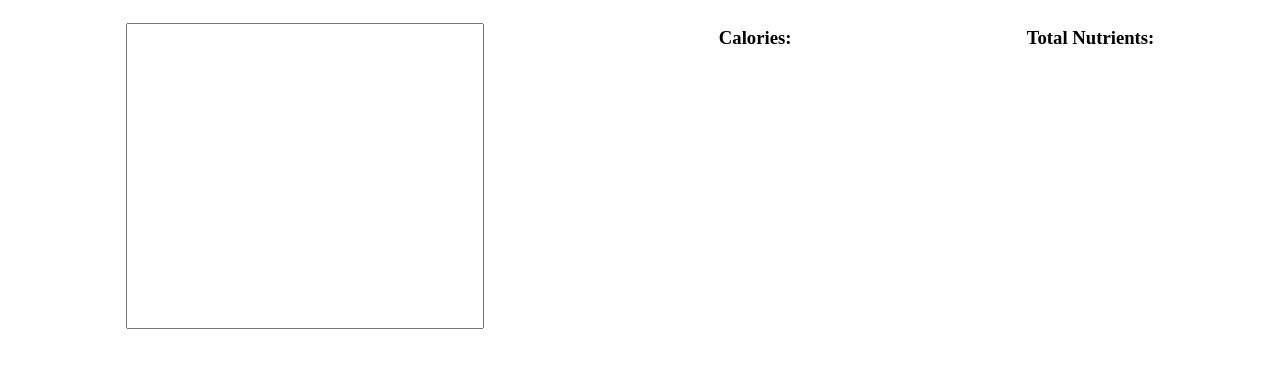
Repository: asya-aisa/nutrition-app
Page: /
These files come from the project's save history. The page is drawn as it stood at one moment and after the next save; the edit follows.
The browser window is 1280 px wide. The pictures show the whole page.
The page's requests for data from a server got no answer. The project was rebuilt for these pictures with package versions that can differ from the ones it lists, and the page was loaded fresh each time. No one was signed in, and anything a server would have sent is missing. Also part of the build but not shown: src/MyComponent.js.

Above is the page before, as saved 2023-09-18 15:02:25.

### src/App.js

import { useEffect, useState } from 'react';
import './App.css';
import MyComponent from './MyComponent';

function App() {

  const [nutrientsArray, setNutrientsArray] = useState([])
  const [caloriesState, setCaloriesState] = useState('')

  useEffect(() => {
    const getNutrients = async () => {

      const bodyText = {
        "ingr": [
          "1 tomato", "2 avocado"
        ]
      }
      const response = await fetch('https://api.edamam.com/api/nutrition-details?app_id=bce19124&app_key=%20d13039e09e0cad1255cc69b09c620945%09', {
        method: 'POST',
        headers: {
          'Content-Type': 'application/json;charset=utf-8'
        },
        body: JSON.stringify(bodyText)
      })
      const data = await response.json()
      setCaloriesState(data.calories)

      console.log(Object.values(data.totalNutrients))
      setNutrientsArray(Object.values(data.totalNutrients))
    }
    getNutrients()
  }, [])
  return (
    <div className="App">

      <form>
        <input type='text' />
      </form>
      <h3>Calories: {caloriesState}</h3>

      <div>
        <h3>Total Nutrients:</h3>
        {nutrientsArray.map((elem, index) => (
        <MyComponent
        key={index}
        label={elem.label}
        quantity={elem.quantity.toFixed()}
        unit={elem.unit}/>

        ))}
      </div>

    </div>
  );
}

export default App;

### src/App.css
.App {
  display: flex;
  justify-content: space-around;
}
ul, li {
  list-style: none;
  margin: 3px;
  padding: 0px;
}
input {
  margin-top: 15px;
  width: 350px;
  height: 300px;
}

Loaded but not shown: public/index.html (common file); src/index.js (common file); src/reportWebVitals.js (common file)

After the next save:
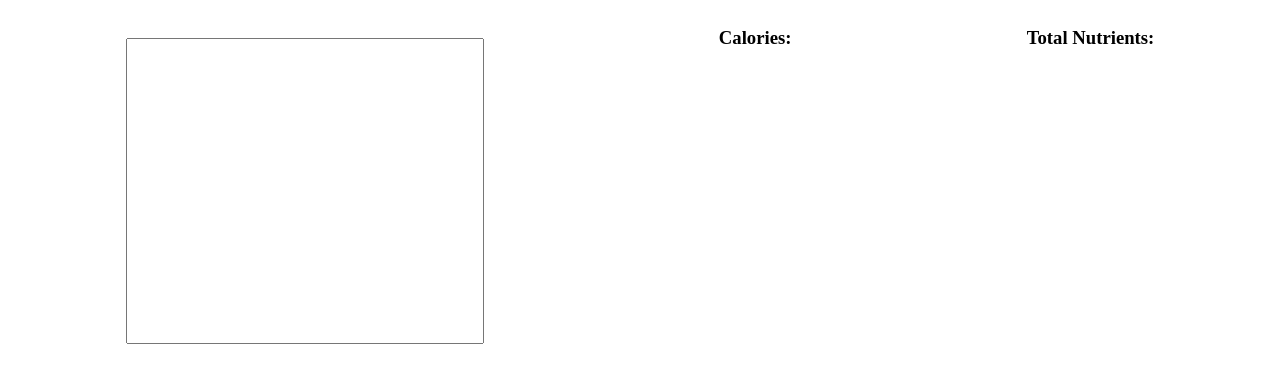
Saved 6 s later.
--- a/src/App.css
+++ b/src/App.css
@@ -8,7 +8,7 @@ ul, li {
   padding: 0px;
 }
 input {
-  margin-top: 15px;
+  margin-top: 30px;
   width: 350px;
   height: 300px;
 }
